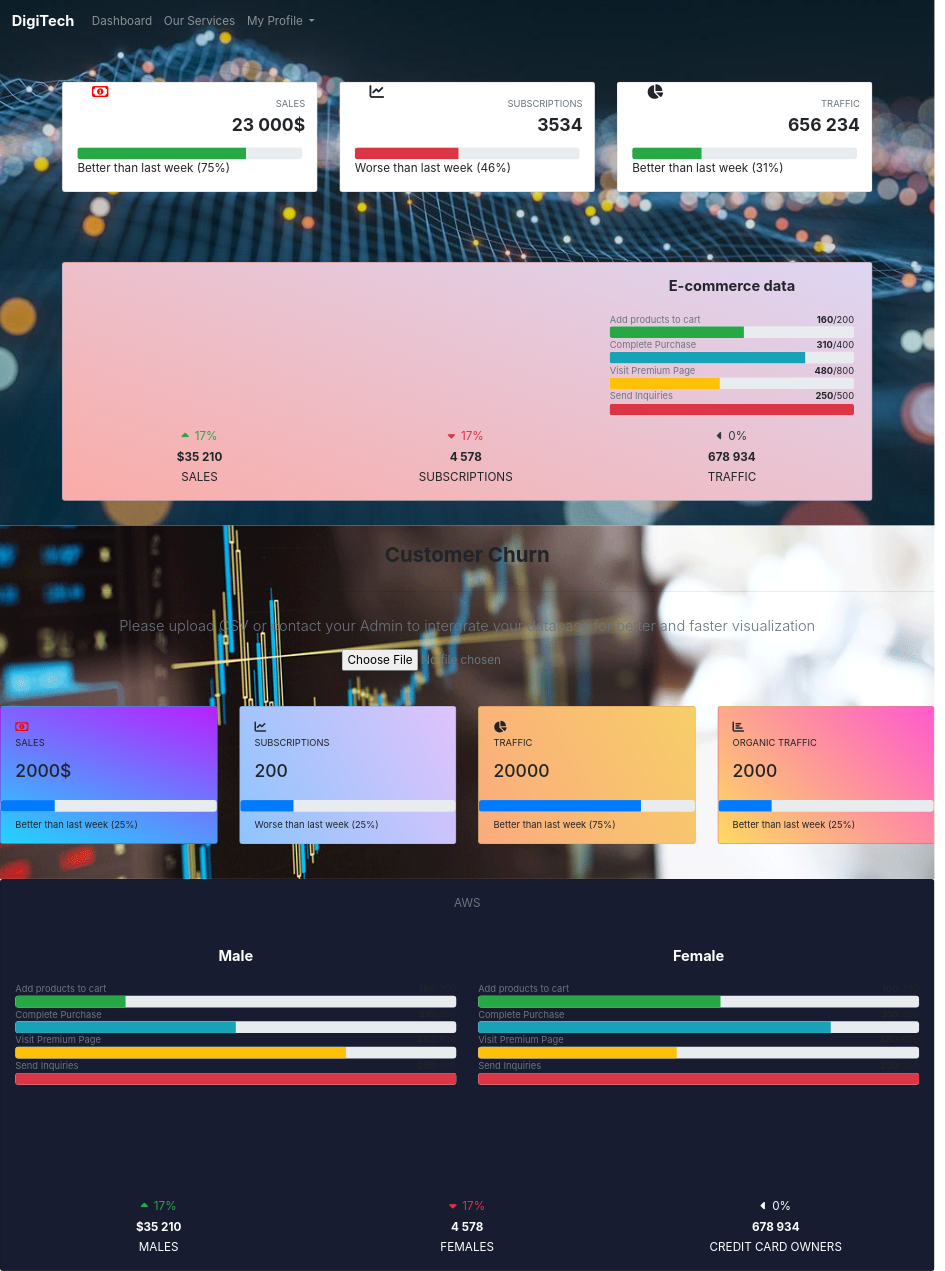
Repository: Tookliin/DigiTech
Page: /data
The author's editor kept a copy of each file at every save. The page is drawn from the files as they stood at one save, then again after the next save.
The browser window is 1280 px wide. The page is 1295 px wide, so the pictures cover 1295 px, including what lies to the right of the window. The pictures show the whole page, at 73% of full size.
The project was rebuilt for these pictures with package versions that can differ from the ones it lists, and the page was loaded fresh each time. Also part of the build but not shown: src/components/Dashboard.vue, src/components/Profile.vue, src/components/Error.vue, src/components/Register.vue.

Above is the page before, as saved 2020-07-22 09:09:32.

After the next save:
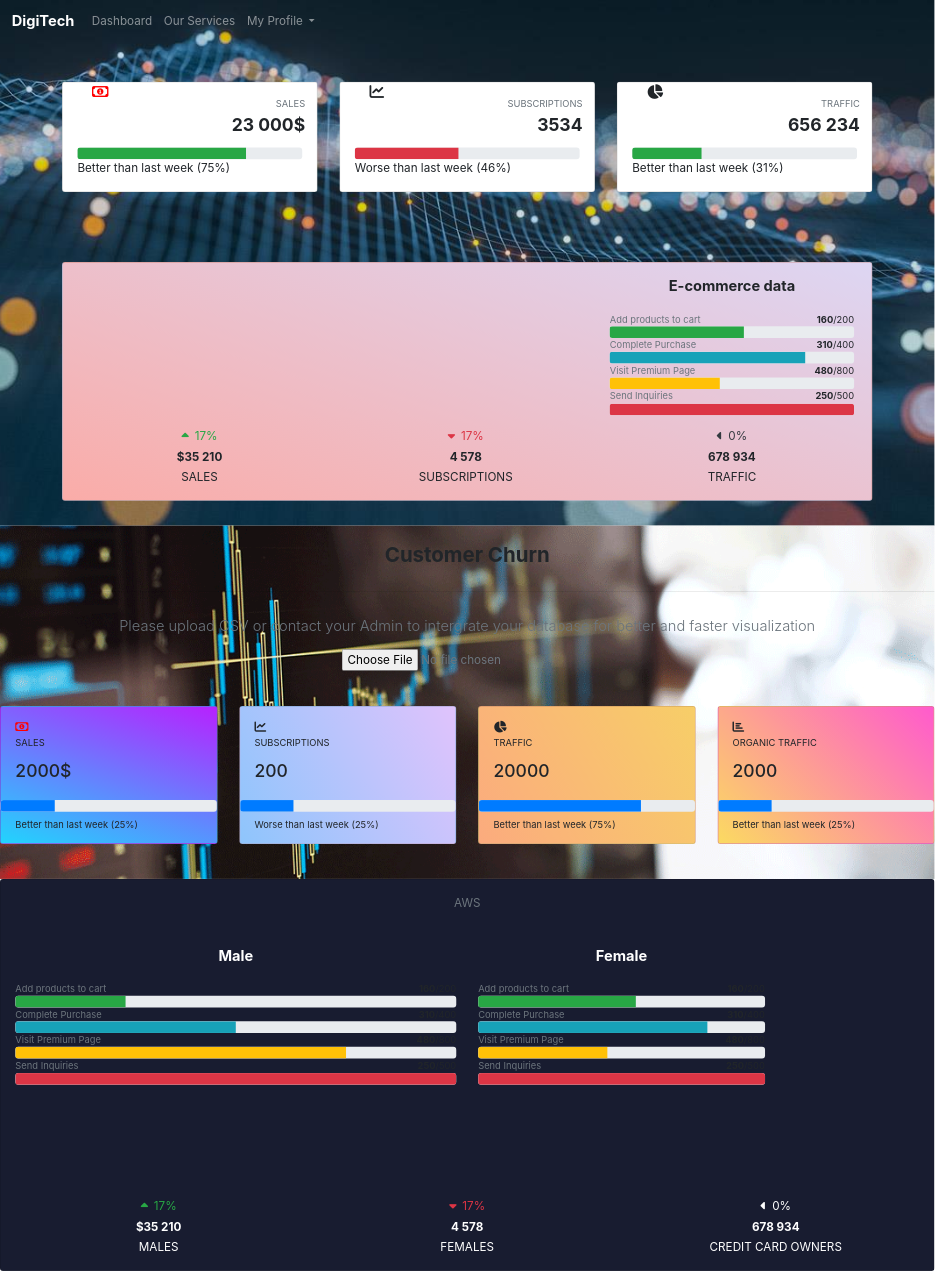
Saved 2 min 36 s later.
--- a/src/components/Organization.vue
+++ b/src/components/Organization.vue
@@ -270,7 +270,7 @@
         </div>
 
 
-        <div class="col-md-6 mb-4">
+        <div class="col-md-4 mb-4">
           <h5 class="text-center text-white font-weight-bold mb-4">Female</h5>
           <div class="d-flex justify-content-between">
             <small class="text-muted">Add products to cart</small>
